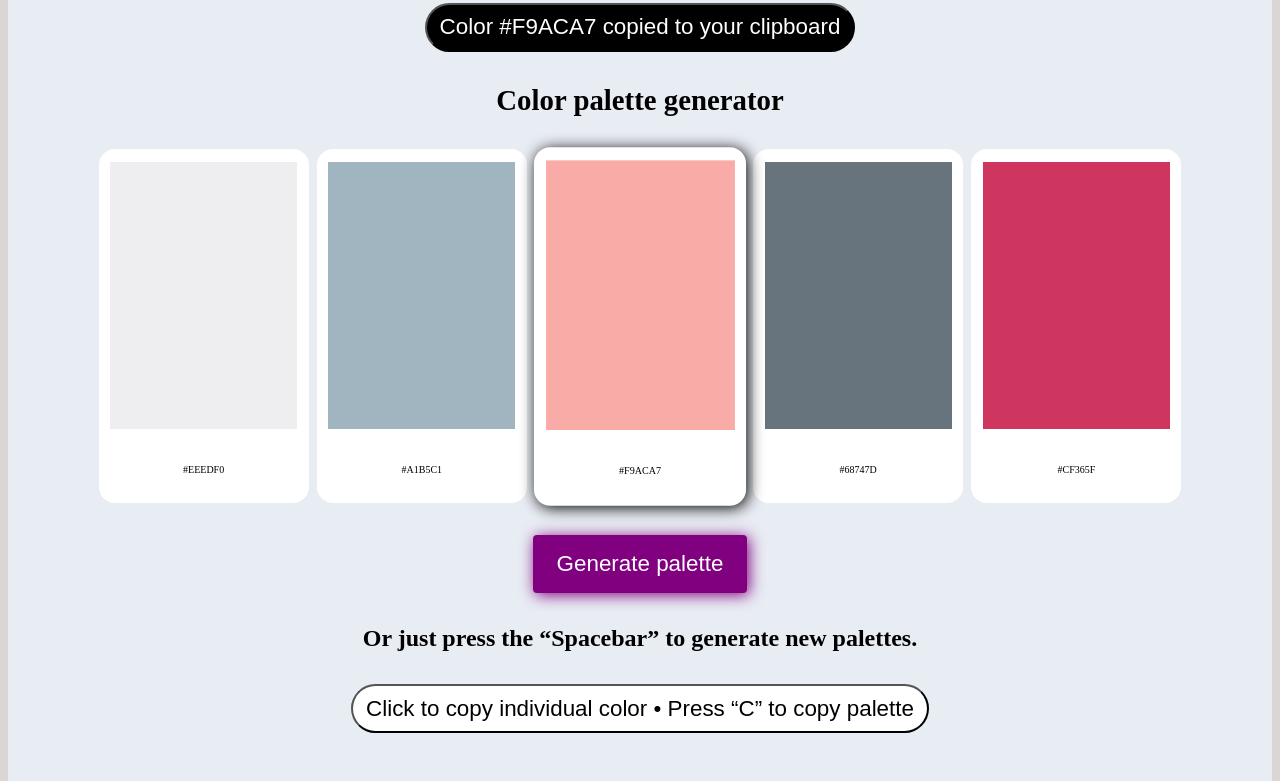
Repository: Hcmwebs/Color-Palette-Generator
Page: index.html
An editor plug-in stored every save of this project. The page is shown before and after the next save, followed by the edit.
The browser window is 1280 px wide. The pictures show the whole page.

Above is the page before, as saved 2020-07-07 11:05:50.

### index.html
<!DOCTYPE html>
<html lang="en">
<head>
    <meta charset="UTF-8">
    <meta name="viewport" content="width=device-width, initial-scale=1.0">
    <link rel="stylesheet" href="styles.css">
    <title>Color Pallete Generator</title>
</head>
<body>
    <div class="container">

        <button class="btn">Color #F9ACA7 copied to your clipboard</button>
        <h2>Color palette generator</h2>
        <div class="card">
            <div class="card__item">
                <div class="card__color card__color--lightPurpleish"></div>
                <div class="card__tag">#EEEDF0</div>
            </div>

            <div class="card__item">
                <div class="card__color card__color--lightBlueGreenish"></div>
                <div class="card__tag">#A1B5C1</div>
            </div>

            <div class="card__item card__item--active">
                <div class="card__color card__color--lightReddish"></div>
                <div class="card__tag">#F9ACA7</div>
            </div>

            <div class="card__item">
                <div class="card__color card__color--lightBluish"></div>
                <div class="card__tag">#68747D</div>
            </div>

            <div class="card__item">
                <div class="card__color card__color--reddish"></div>
                <div class="card__tag">#CF365F</div>
            </div>

        </div>
        <button class="btn btn--generate">Generate palette</button>
        <h3>Or just press the “Spacebar” to generate new palettes.</h3>
        <button class="btn btn--white">Click to copy individual color • Press “C” to copy palette</button>
    </div>
</body>
</html>

### styles.css
*¨{
    box-sizing: border-box;
    margin: 0;
    padding: 0;
}

body{
    font-weight: 300;
    font-size: 10px;
    display: flex;
    flex-direction: column;
    justify-content: center;
    align-items: center;
    height: 100vh;
    background-color:rgba(124, 107, 107, 0.274);
}
h2,
h3{
    font-weight: light;
    margin: 2rem ;
}
h2{
    font-size: 1.8rem;
}

h3{
    font-size: 1.5rem;
}
.container{
    width: 1400px;
    max-width: 100%;
    height: auto;
    margin: auto;
    padding: 3rem 0;
    display: flex;
    flex-direction: column;
    justify-content: space-around;
    align-items: center;
    background-color:#E8ECF3;
}

.btn{
    background-color:#000;
    color:#fff;
    font-size: 1.4rem;
    border-radius: 2.5rem;
    padding: 0.6rem 0.8rem;
    cursor: pointer;
    transition: all 1s ease-in-out;
}
.btn:hover{
    transform: scale(1.01);
}
.card{
    display: grid;
    grid-template-columns: repeat(5, 1fr);
    gap: 0.5rem;
    justify-content: center;

}
.card__item{
    width: 207px;
    height: 329px;
    padding: 0.8rem 0.1rem;
    border-radius:1rem;
    display: flex;
    flex-direction: column;
    justify-content: space-between;
    align-items: center;
    background-color:#fff;
}
.card__item--active{
    box-shadow: 2px 2px 15px ;
    transform: scale(1.01);
}

.card__color{
    content:"";
    width: 187px ;
    height: 251px;
    padding-bottom: 1rem ;

}
.card__color--lightPurpleish{
    background-color: #EEEDF0;

}

.card__color--lightBlueGreenish{
    background-color: #A1B5C1;

}

.card__color--lightReddish{
    background-color: #F9ACA7;

}

.card__color--lightBluish{
    background-color: #68747D;

}


.card__color--reddish{
    background-color: #CF365F;

}
.card__tag{
    margin-bottom:1rem;
}

.btn--generate{
    background-color:purple;
    color:#fff;
    border-radius:4px;
    border: none;
    margin-top: 2rem;
    padding: 1rem 1.5rem;
    cursor: pointer;
    box-shadow: 2px 2px 15px purple;
}
.btn--white{
    background-color: #fff;
    color:#000;
}


@media (max-width:600px){
    .container{
        width: 100%;
        height: auto;

    }
    .card{
        width: 100%;
        grid-template-columns: 1fr;
        justify-items: center;
    }

}
@media(max-width:900px){
    .card{
        grid-template-columns: repeat(2, 1fr);
        margin: auto;
    }
}

After the next save:
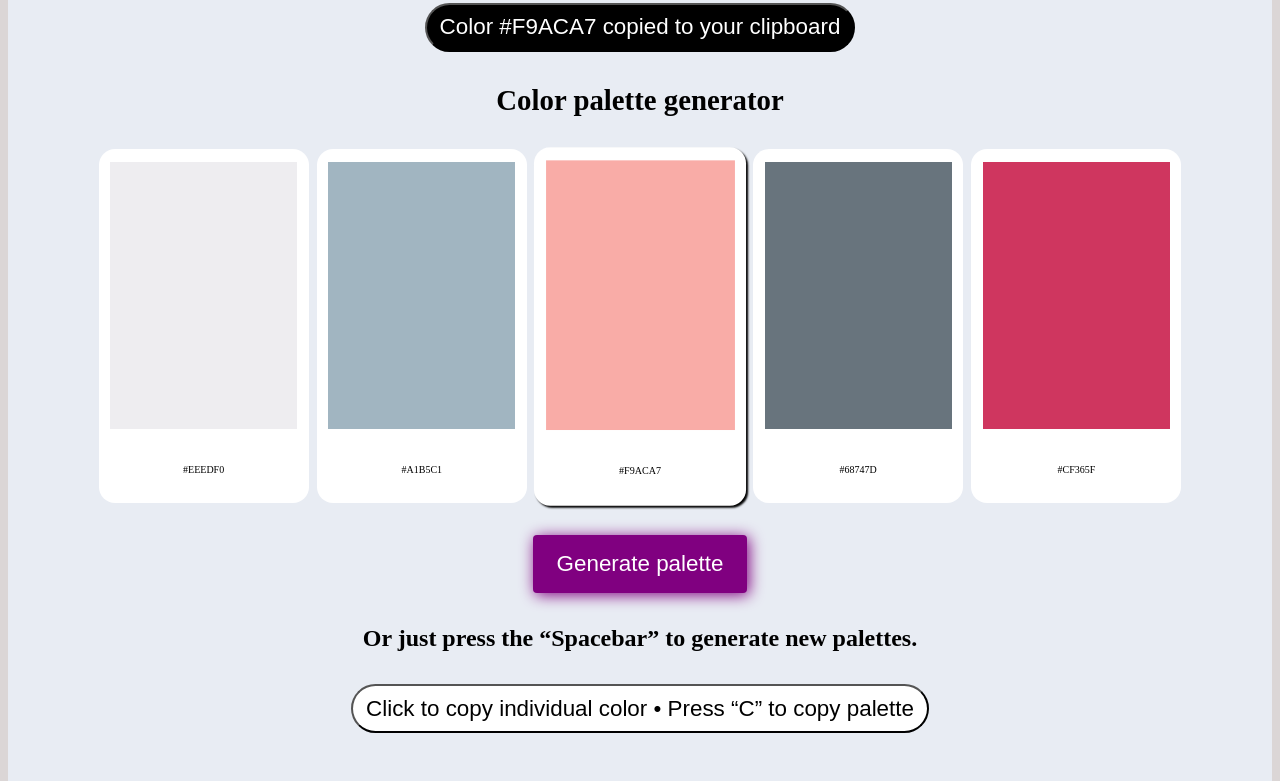
Saved 11 s later.
--- a/styles.css
+++ b/styles.css
@@ -70,7 +70,7 @@ h3{
     background-color:#fff;
 }
 .card__item--active{
-    box-shadow: 2px 2px 15px ;
+    box-shadow: 2px 2px 2px ;
     transform: scale(1.01);
 }
 
